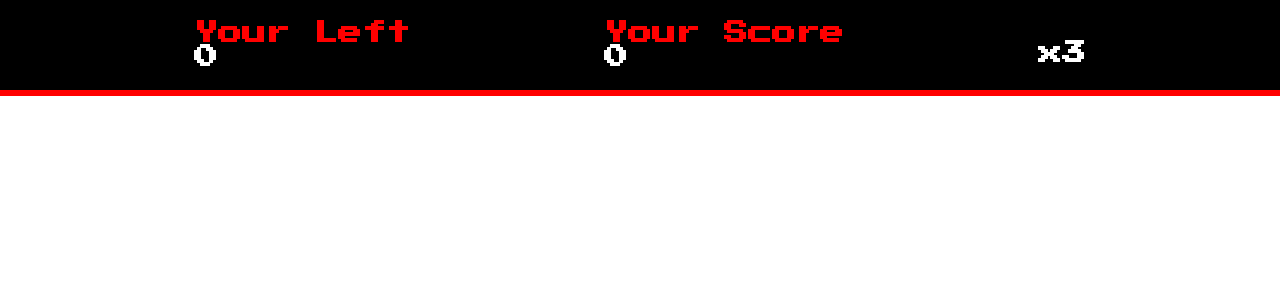
Repository: Zoemateus324/detona-ralph-js
Page: index.html
An editor plug-in stored every save of this project. The page is shown before and after the next save, followed by the edit.
The browser window is 1280 px wide. The pictures show the whole page.

Above is the page before, as saved 2024-11-26 08:48:43.

### index.html
<!DOCTYPE html>
<html lang="en">

<head>
    <!-- Settings -->
    <meta charset="UTF-8">
    <meta name="viewport" content="width=device-width, initial-scale=1.0">
    <title>Detona Ralph</title>

    <!-- Fonts -->
    <link rel="preconnect" href="https://fonts.googleapis.com">
    <link rel="preconnect" href="https://fonts.gstatic.com" crossorigin>
    <link href="https://fonts.googleapis.com/css2?family=Press+Start+2P&display=swap" rel="stylesheet">

    <!-- Styles -->
    <link rel="stylesheet" href="./src/styles/reset.css">
    <link rel="stylesheet" href="./src/styles/main.css">
</head>

<body>

    <div class="container">
        <div class="menu">
            <div class="menu-time">
                <h2 style="color: red;">Your Left</h2>
                <h2>0</h2>

            </div>
            <div class="menu-score">
                <h2 style="color: red;">Your Score</h2>
                <h2>0</h2>
            </div>
            <div class="menu-lives">
                <img src="">
                <h2>x3</h2>
            </div>
        </div>





        <div class="panel">
            <div class="panel-row">
                <div class="square" id="1"></div>
                <div class="square" id="2"></div>
                <div class="square" id="3"></div>
            </div>
        </div>
        <div class="panel">
            <div class="panel-row">
                <div class="square" id="4"></div>
                <div class="square" id="5"></div>
                <div class="square" id="6"></div>
            </div>
        </div>
        <div class="panel">
            <div class="panel-row">
                <div class="square" id="7"></div>
                <div class="square" id="8"></div>
                <div class="square" id="9"></div>
            </div>
        </div>
    </div>


    <script defer src="./src/scripts/main.js"></script>
</body>



</html>

### src/styles/reset.css
*{
    margin:0;
    padding:0;
    box-sizing:border-box;
    /* font-family: "Bebas Neue", sans-serif; */
    font-family: "Press Start 2P", cursive;
}

### src/styles/main.css
.container{
    display: flex;
    flex-direction:column;
}

.menu{
    display:flex;
    justify-content:space-evenly;
    align-items:center;


    height:90px;
    width:100%;
    background-color:#000000;
    color:  #ffffff;
}

.panel{
    border: 1px solid red;
}

Loaded but not shown: src/scripts/main.js (no stored copy; drawn as an empty file)

After the next save:
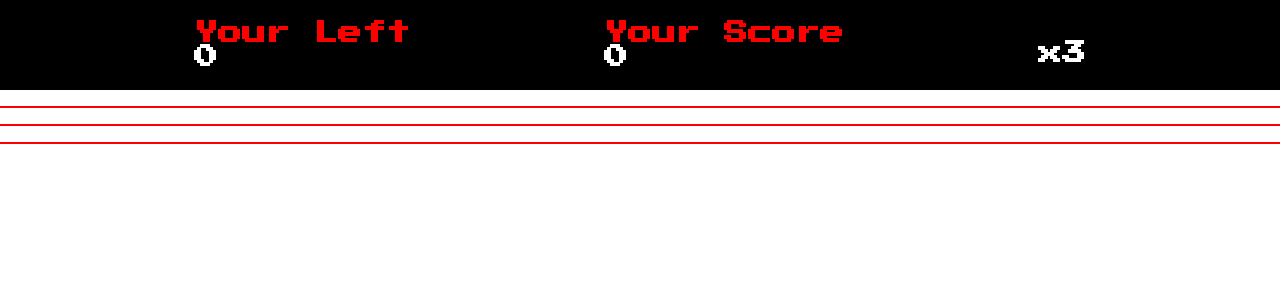
Saved 59 s later.
--- a/src/styles/main.css
+++ b/src/styles/main.css
@@ -1,6 +1,7 @@
 .container{
     display: flex;
     flex-direction:column;
+    height:100%;
 }
 
 .menu{
@@ -16,5 +17,7 @@
 }
 
 .panel{
+    margin-top:1rem;
     border: 1px solid red;
+
 }
